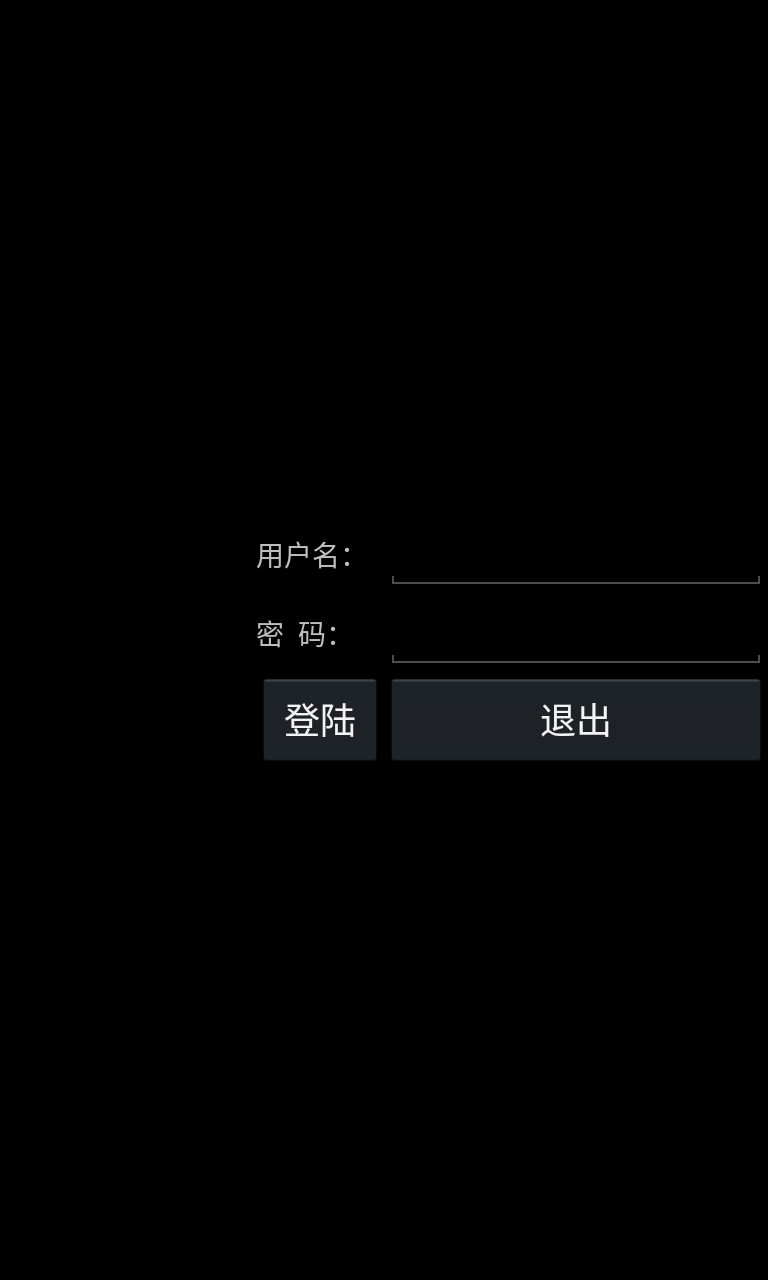
Repository: GuangmingChan/DevelopAndroidApp
Layout: demoTableLayout4/res/layout/main.xml
The author's editor kept a copy of each file at every save. The layout is drawn from the files as they stood at one save, then again after the next save.
It is drawn on a 768 x 1280 px phone screen (xhdpi) without system bars, with theme android:Theme.Holo; the app's code is not run.

Above is the layout before, as saved 2017-03-28 03:15:20.

### demoTableLayout4/res/layout/main.xml
<?xml version="1.0" encoding="utf-8"?>
<TableLayout xmlns:android="http://schemas.android.com/apk/res/android"
    android:layout_width="fill_parent"
    android:layout_height="fill_parent"
    android:gravity="center"
    android:stretchColumns="0,2"
    >
	<TableRow >
	    <TextView/>
	    <TextView
        android:layout_width="fill_parent"
        android:layout_height="wrap_content"
        android:text="用户名：" />
	    <EditText
	    android:layout_width="fill_parent"
        android:layout_height="wrap_content"
	        />
	    <TextView/>
	</TableRow>

	<TableRow >
	    <TextView/>
	    <TextView
        android:layout_width="fill_parent"
        android:layout_height="wrap_content"
        android:text="密  码：" />
	    <EditText
	    android:layout_width="fill_parent"
        android:layout_height="wrap_content"
	        />
	    <TextView/>
	</TableRow>

	<TableRow >
	    <TextView/>
	    <Button
        android:layout_width="fill_parent"
        android:layout_height="wrap_content"
        android:text="登陆" />
	    <Button
	    android:layout_width="fill_parent"
        android:layout_height="wrap_content"
	    android:text="退出"    />
	    <TextView/>
	</TableRow>


</TableLayout>

After the next save:
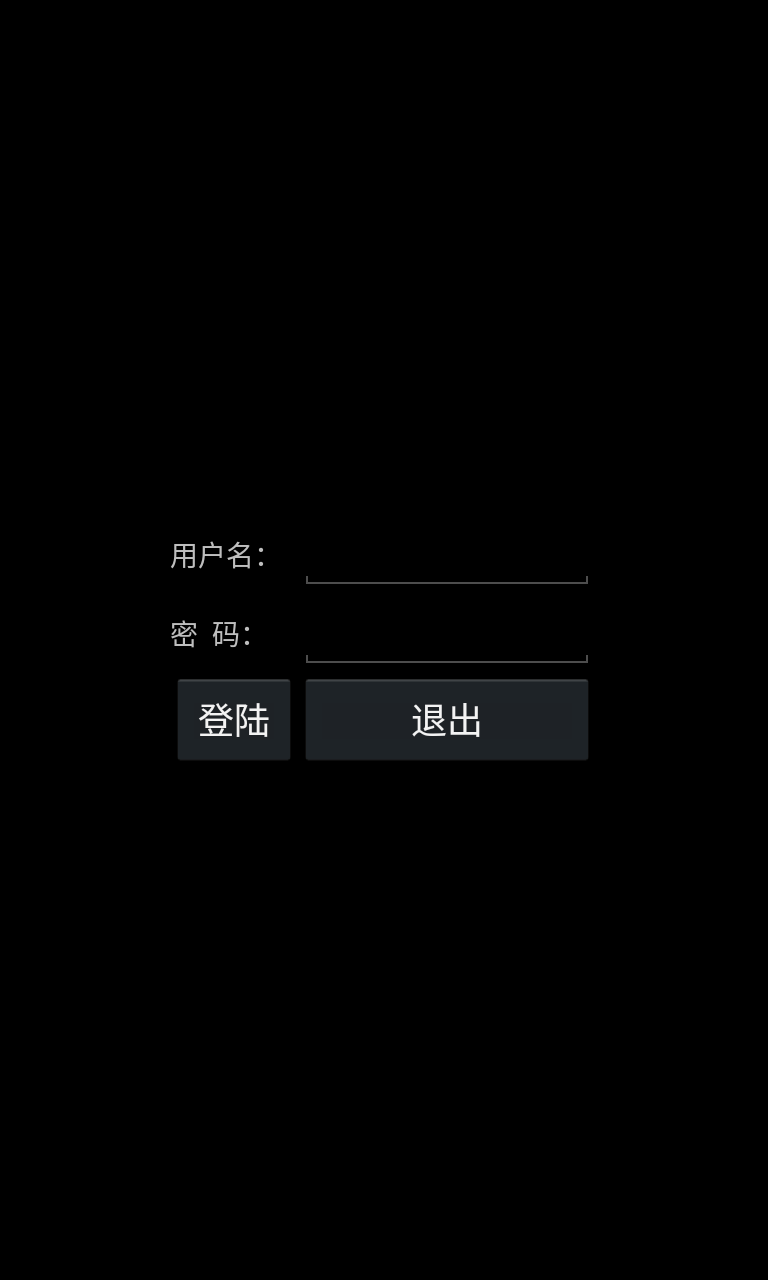
Saved 36 s later.
--- a/demoTableLayout4/res/layout/main.xml
+++ b/demoTableLayout4/res/layout/main.xml
@@ -3,7 +3,7 @@
     android:layout_width="fill_parent"
     android:layout_height="fill_parent"
     android:gravity="center"
-    android:stretchColumns="0,2"
+    android:stretchColumns="0,2,3"
     >
 	<TableRow >
 	    <TextView/>
